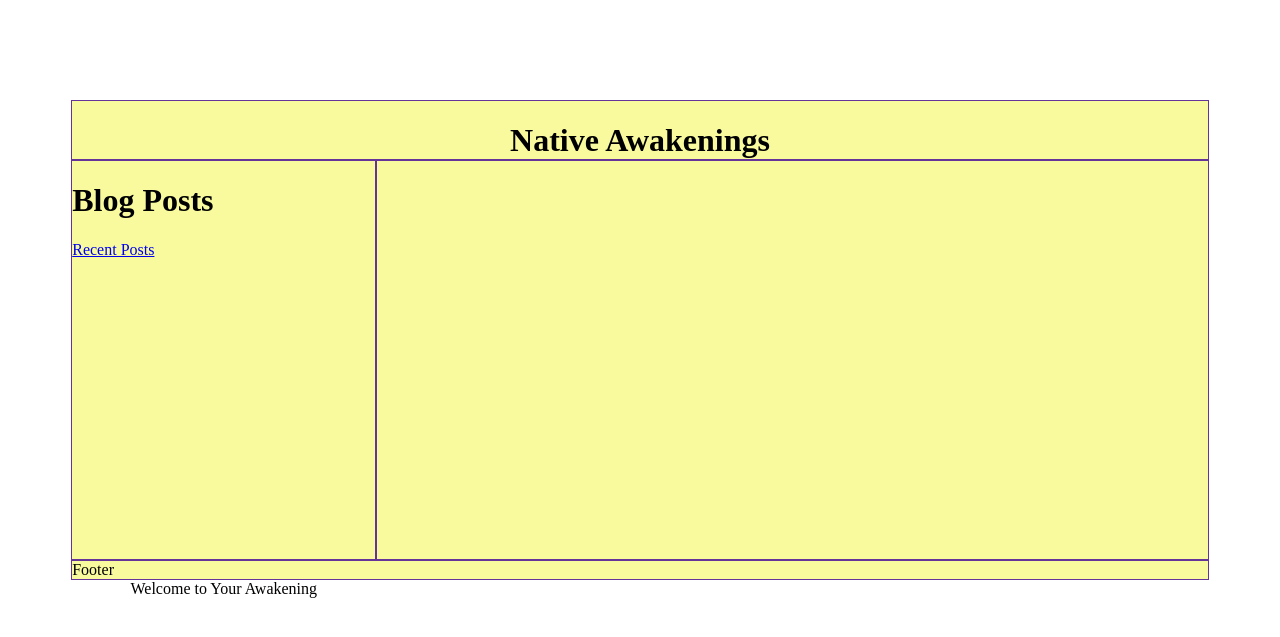
Repository: Gregg-Hendrix/blog-project
Page: index.html
An editor plug-in stored every save of this project. The page is shown before and after a run of saves, followed by the edit.
The browser window is 1280 px wide. The pictures show the whole page.

Above is the page before, as saved 2021-03-15 12:59:32.

After the next 3 saves:
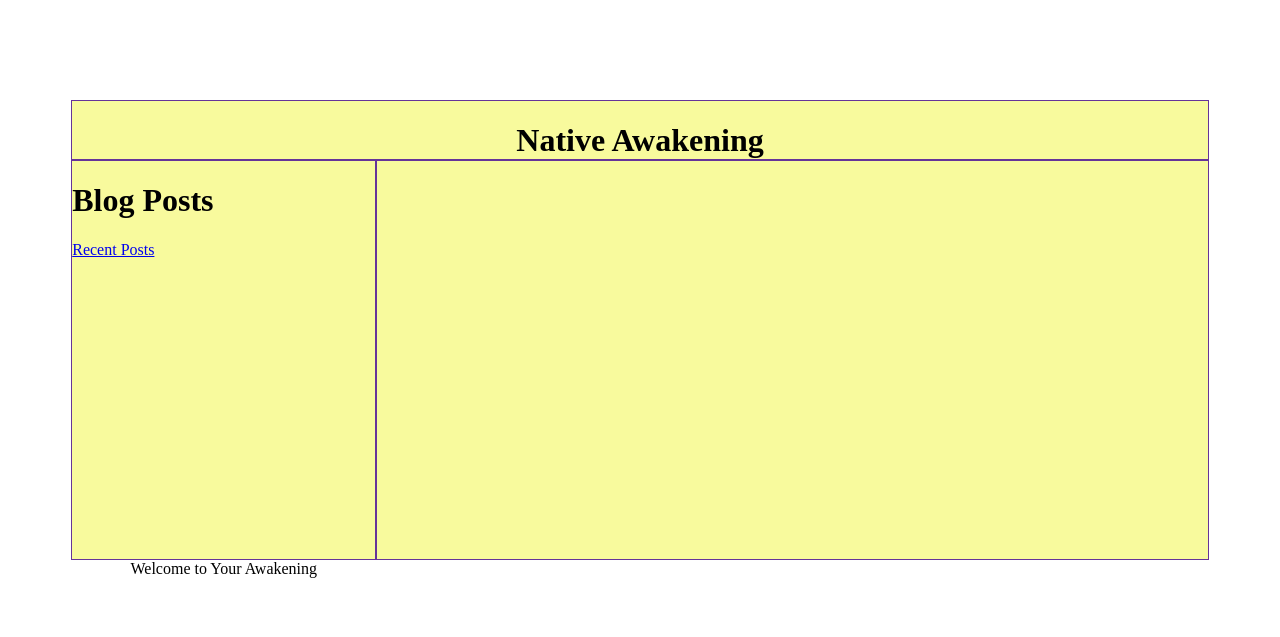
The 3 saves are shown as one change because they came seconds apart.
The last was saved 41 min 36 s later.
--- a/index.html
+++ b/index.html
@@ -11,13 +11,13 @@
         <! -- This aligns the items to the top of the screen -->
         <div class="container">
             <div class="header box">
-                <h1>Native Awakenings</h1>
+                <h1>Native Awakening</h1>
             </div>
             <article class="intro">Welcome to Your Awakening</article>
             <div class="sidebar box"><h1>Blog Posts</h1><a href="meditation.html">Recent Posts</a> </div>
             <div class="content box">
             </div>
-            <div class="footer box">Footer</div>
+            <footer>
         </div>
     </body>
 </html>
